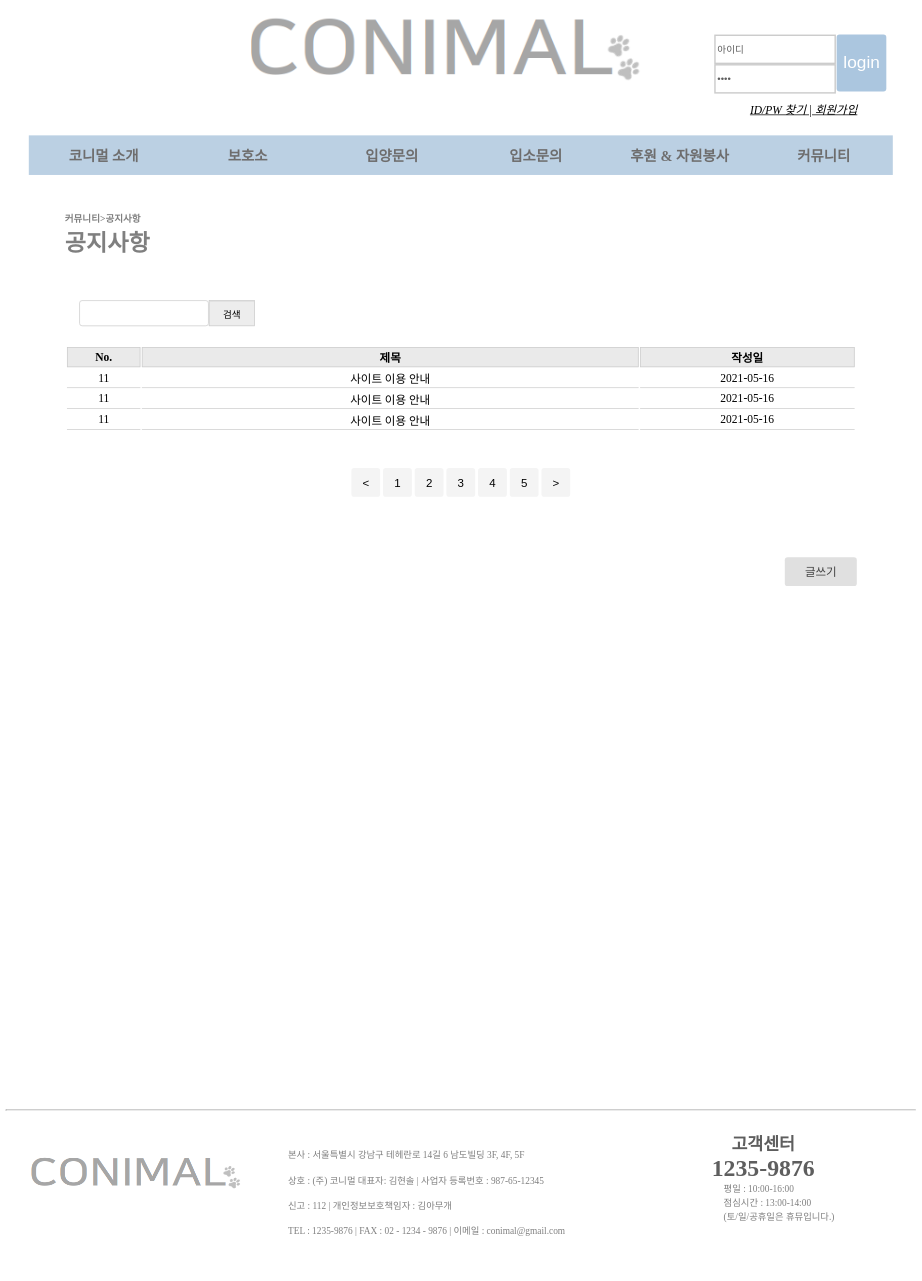
Repository: rlagusthf12/SemiProject
Page: http://localhost/jspProject/
An editor plug-in stored every save of this project. The page is shown before and after the next save, followed by the edit.
The browser window is 1280 px wide. The pictures show the whole page, at 72% of full size.
The page is served by Tomcat 9.

Above is the page before, as saved 2021-05-18 07:26:08.

After the next save:
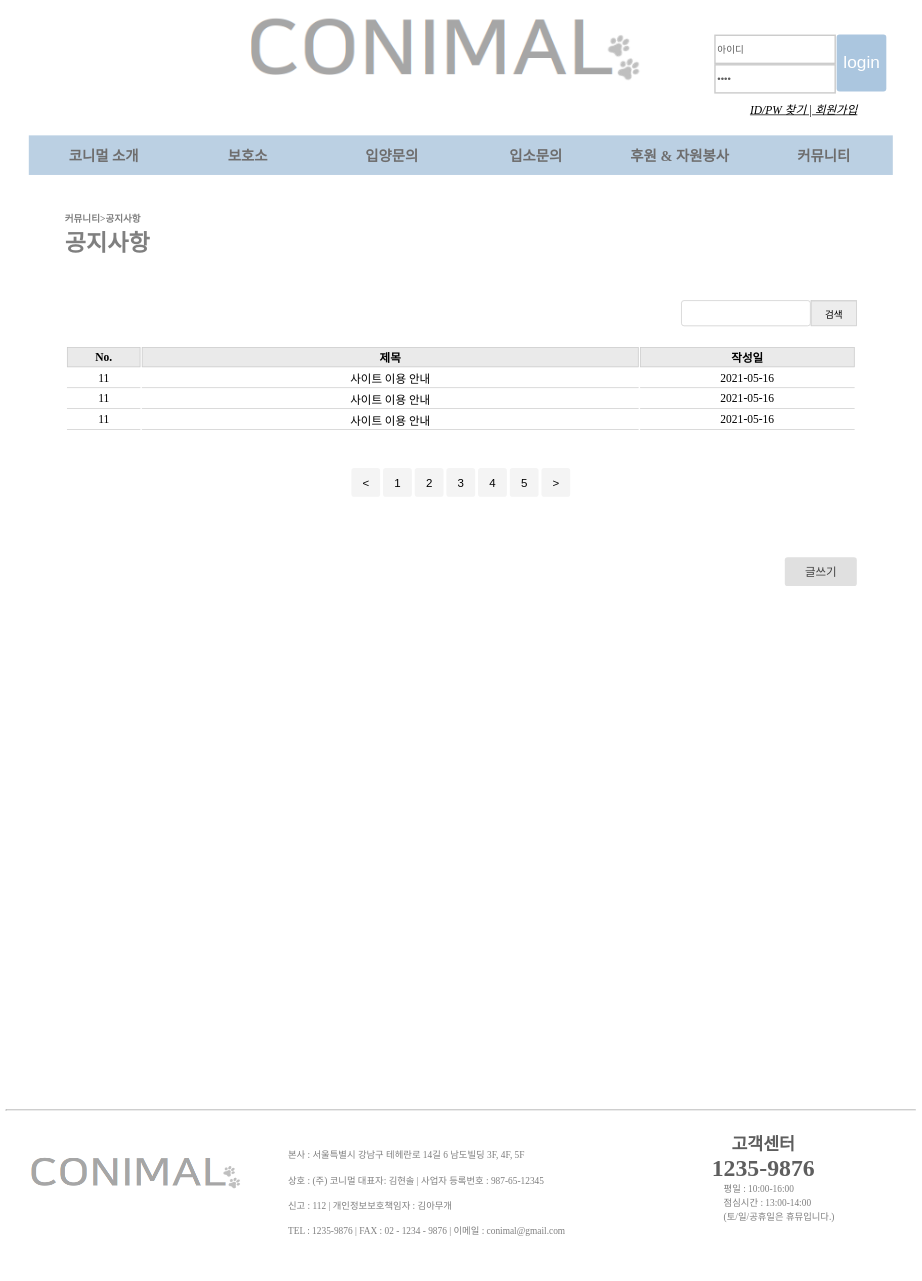
Saved 11 s later.
--- a/jspProject/WebContent/views/notice/notice.jsp
+++ b/jspProject/WebContent/views/notice/notice.jsp
@@ -27,7 +27,6 @@
   .head2{
    width:100%;
   	height:5%;
-  	text-align:right;
   }
   .search{
   width:264px;
@@ -126,8 +125,8 @@
   <h1>공지사항</h1>
 
   </div>
-  <div class="head2">
-  <div class="search" align="right">
+  <div class="head2"align="right">
+  <div class="search" >
   <button class="searchbutton">검색</button>
   <input type="search" class="searchbar">
 
